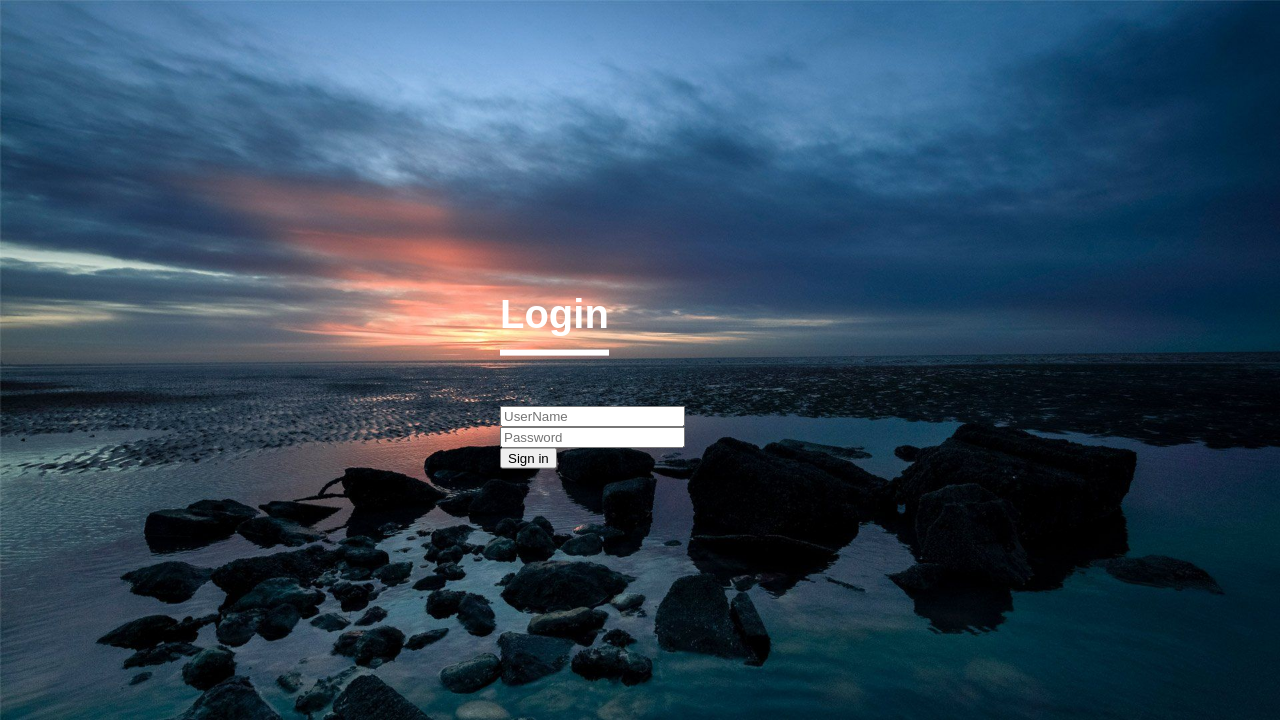
Repository: Berilinanir/Login-Logout-System
Page: Loginn/WebContent/login.html
These files come from the project's save history. The page is drawn as it stood at one moment and after the next save; the edit follows.
The browser window is 1280 px wide. The pictures show the whole page.

Above is the page before, as saved 2018-10-13 11:05:10.

### Loginn/WebContent/login.html
<!DOCTYPE html>
<html>
<head>
<meta charset="UTF-8">

<title>Login Form</title>

<link rel="stylesheet" href="style2.css">

</head>
<body>

 <form method="post" action="Login">


 <div class="login-box">

 <h1>Login</h1>

 <div class="textbox">

  <input type="text" placeholder="UserName"  name="" value="">

 </div>

 <div class="textbox">

  <input type="password" placeholder="Password"  name="" value="">

 </div>

 <input class="btn" type="button"  name="" value="Sign in">

 </form>
</body>
</html>

### Loginn/WebContent/style2.css
@charset "UTF-8";

body{

	margin:0;
	padding:0;
	font-family:sans-serif;
	background:url("resim4.jpg") no-repeat;
	background-size:cover;

}

.login-box{

	  width:280px;
	  position:absolute;
	  top:50%;
	  left:50%;
	  transform:translate(-50%,-50%);
	  color:white;

}

.login-box h1{

	float:left;
	font-size:40px;
	border-bottom:6px solid;
	margin-bottom:50px;
	padding:13px 0
}

After the next save:
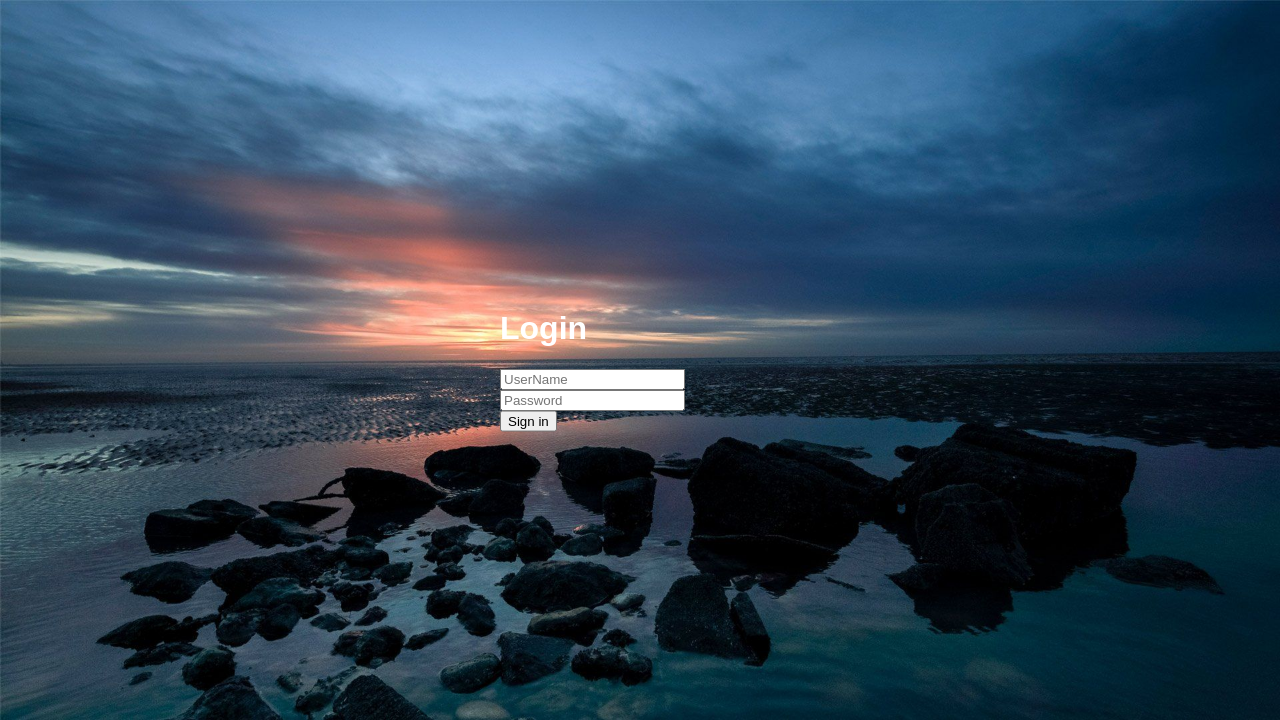
Saved 101 min 13 s later.
--- a/Loginn/WebContent/style2.css
+++ b/Loginn/WebContent/style2.css
@@ -20,12 +20,3 @@ body{
 	  color:white;
 
 }
-
-.login-box h1{
-
-	float:left;
-	font-size:40px;
-	border-bottom:6px solid;
-	margin-bottom:50px;
-	padding:13px 0
-}
